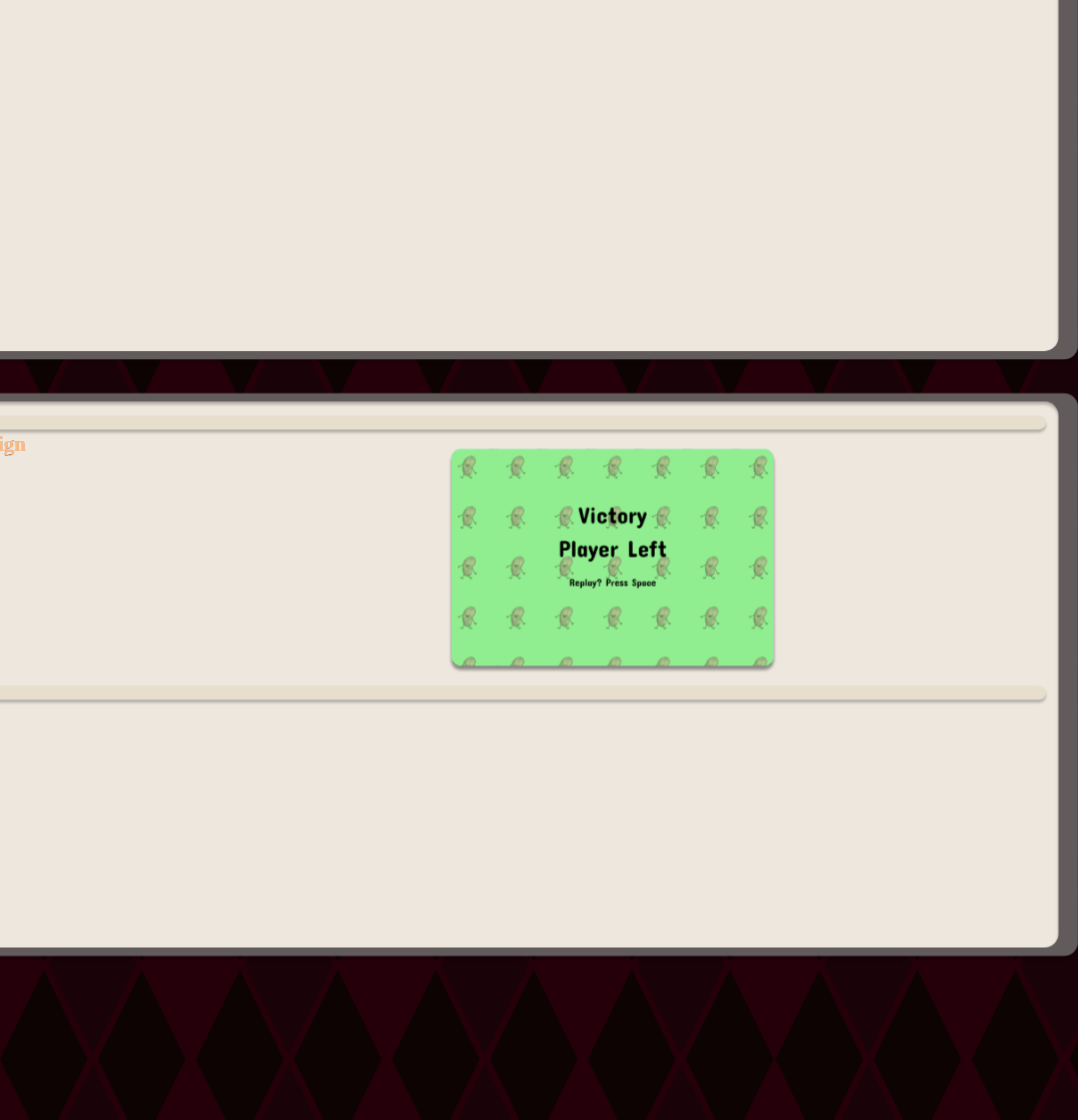
Repository: EMP-ChristinaC/Portfolio
Page: projects/potato-shuffle/potato.html
These files come from the project's save history. The page is drawn as it stood at one moment and after a run of saves; the edit follows.
The browser window is 1280 px wide. The page is 1540 px wide, so the pictures cover 1540 px, including what lies to the right of the window. The pictures show the part of the page from y = 1285 to 2885 px (the page is 6194 px tall), at 70% of full size.
Some web fonts or font styles are not loaded; a fallback is used.

Above is the page before, as saved 2024-12-08 19:56:47.

### projects/potato-shuffle/potato.html
<!DOCTYPE html>
<html lang="en">

<head>
    <meta charset="UTF-8">
    <meta name="viewport" content="width=device-width, initial-scale=1.0">
    <title>CC- Project Potato Shuffle</title>
    <!--- ////////////////// OUTSIDE STYLES //////////////////-->


    <!--- ///////////////// GOOGLE FONTS  ////////////////////-->
    <link rel="preconnect" href="https://fonts.googleapis.com">
    <link rel="preconnect" href="https://fonts.gstatic.com" crossorigin>
    <link
        href="https://fonts.googleapis.com/css2?family=Overlock:ital,wght@0,400;0,700;0,900;1,400;1,700;1,900&family=Vast+Shadow&display=swap"
        rel="stylesheet">

    <!--- /////////////// MY STYLES ////////////////-->

    <link rel="stylesheet" href="potato.css">
    <link rel="stylesheet" href="../../nav.css">
    <link rel="stylesheet" href="media-style-phone-potato.css">
    <link rel="stylesheet" href="../../media-style-two.css">
    <link rel="stylesheet" href="media-style-mac-potato.css">

    <!--- //////////////// FAVICON LINKS ///////////////////-->
    <link rel="shortcut icon" href="../../image/logo.png" type="image/x-icon">
    <link rel="icon" href="../../image/logo.png" type="image/x-icon">

</head>

<body class="home-potato">

    <!--- /////////////////////// NAVIGATION /////////////////////-->
    <header class="navigation">
        <img class="nav-background" src="../../image/nav-background.png"
            alt="A decor for the nav, it holds a logo with diamond patterns in the background.">


        <a href="../../index.html " class="nav-home">Stage</a>
        <a href="../../about-page/about.html" class="nav-about">Director</a>
        <a href="../../contact-page/contact.html" class="nav-contact">Contact</a>
        <a href="../../main-project-page/projects.html" class="nav-projects current">Projects</a>
    </header>


    <!--- /////////////////////// ARROW BUTTON /////////////////////-->
    <a href="../../projects/sniffle/sniffle.html"><img src="../../image/left-arrow.png" class="side-button-left" alt="A."></a>


    <a href="../../projects/smash-n-dash/smash.html"><img src="../../image/right-arrow.png" class="side-button-right" alt="A."></a>



    <!--- /////////////////////// BOX OUTLINE ///////////////////////-->
    <div class="box-outline-outside-potato-overview">
        <div class="box-outline-inside-potato-overview"></div>

        <!-- <div class="dia-left-potato">
            <img src="../../image/Dia-bottom-left.png"
                alt="A diamond pattern decor that is placed onto the bottom left of the box outline">
        </div>

        <div class="dia-right-potato">
            <img src="../../image/Dia-top-right.png"
                alt="A diamond pattern decor that is placed onto the bottom left of the box outline">
        </div> -->


    <div class="box-outline-paragraph-potato">
        <div class="details-potato">
            <h2>About:</h2>
            <p>
                A digital coding game inspired by Hot Potato and WarioWare. It takes elements from both games and with
                the help of Makey-Makey, it creates a fun interactive game.
                <!-- <br><br>
                Here are some images of the game. -->
            </p>
        </div>
    </div>


    <div class="box-outline-type-potato">
        <div class="type-potato">
            <p> Project Type:
                <br>
                Interactive Game
                <br><br>
                Date:
                <br>
                December 2023
                <br><br>
                Link:
                <br>
                <a href="https://emp-christinac.github.io/Potato-Shuffle/index.html">Github</a>
                <br><br>
                Role:
                <br>
                Lead Coder
            </p>
        </div>

<!-- <div class="type-two">
    <p>
        Link:
        <br>
        <a href="https://emp-christinac.github.io/Potato-Shuffle/index.html">Github</a>
        <br><br>
        Role:
        <br>
        Lead Coder
    </p>
</div> -->


        <!-- <div class="type-potato-phone">
            <p> Project Type:
                <br>
                Digital Game
                <br><br>
                Date:
                <br>
                December 2023
            </p>
        </div> -->

        <!-- <div class="type-potato-phone-two">
            <p>
                Link:
                <br>
                <a href="https://empxnifl.github.io/Potato-Shuffle/index.html">Github</a>
                <br><br>
                Role:
                <br>
                Lead Coder
            </p>
        </div> -->
    </div>

    <div class="box-outline-credit">
        <div class="credit">
            <p>Credit to:
                <br>
                Roman Lopez [Lead Designer]
                <br>
                Dominic Perron [Lead Interaction]
            </p>
        </div>

        <div class="mc-overview">
            <img src="../../image/Main-Screen.png" alt="A overview of the project Potato Shuffle.">
        </div>

    </div>




    <div class="box-outline-heading-potato">
        <div class="potato-title">
            <h1>Potato Shuffle</h1>
        </div>
    </div>
</div>
    <!--- ////////////////////////-->
    <div class="box-outline-outside-potato-play">
        <div class="box-outline-inside-potato-play"></div>

        <div>
            <div class="play">
                <p>
                </p>
            </div>

    </div>


    <!--- ////////////////////////-->

    <div class="box-outline-outside-potato-progress">
        <div class="box-outline-inside-potato-progress"></div>

        <!-- <div class="dia-left-two-potato">
            <img src="../../image/Dia-bottom-left.png"
                alt="A diamond pattern decor that is placed onto the bottom left of the box outline">
        </div>

        <div class="dia-right-two-potato">
            <img src="../../image/Dia-top-right.png"
                alt="A diamond pattern decor that is placed onto the bottom left of the box outline">
        </div> -->

        <div class="box-outline-heading-two-potato">
            <div class="heading-two">
                <h1>Menu Design</h1>
            </div>
        </div>
        <div class="box-outline-heading-three-potato">
            <div class="heading-three">
                <h1>Sprites</h1>
            </div>
        </div>

        <div class="potato-menu-one">
            <img src="../../image/Home.png" alt="The home screen of the project.">
        </div>


        <div class="potato-menu-two">
            <img src="../../image/Victory.png" alt="The victory screen of the project.">
        </div>

        <!--- ////////////////////////-->

        <div class="potato-sprites">
            <img src="../../image/potato_sway.gif" alt="A potato gif that shows the potato swaying left and right.">
        </div>


        <div class="potato-sprites-two">
            <img src="../../image/Fail.gif" alt="A explosion gif that says boom.">
        </div>

        <div class="potato-sprites-three">
            <img src="../../image/potato_flip.gif" alt="A potato gif that shows the potato fliping.">
        </div>



    </div>


    <!--- ////////////////////////-->

    <div class="box-outline-outside-potato">
        <div class="box-outline-inside-potato"></div>
        <!-- <div class="dia-left-three-potato">
            <img src="../../image/Dia-bottom-left.png"
                alt="A diamond pattern decor that is placed onto the bottom left of the box outline">
        </div>

        <div class="dia-right-three-potato">
            <img src="../../image/Dia-top-right.png"
                alt="A diamond pattern decor that is placed onto the bottom left of the box outline">
        </div> -->


        <div class="box-outline-heading-four-potato">
            <div class="heading-four-potato">
                <h1>Mini-Game Design</h1>
            </div>

            <div class="potato-event-one">
                <img src="../../image/Event-1.png" alt="One of five mini-game from the project. It shows a character running.">
            </div>

            <div class="potato-event-two">
                <img src="../../image/Event-2.png"
                    alt="One of five mini-game from the project. It shows a character shooting at a muffen.">
            </div>


            <div class="potato-event-three">
                <img src="../../image/Event-3.png"
                    alt="One of five mini-game from the project. It shows a potato dropping into a basket.">
            </div>

            <div class="potato-event-four">
                <img src="../../image/Event-4.png"
                    alt="One of five mini-game from the project. It shows a character digging up a potato.">
            </div>


            <div class="potato-event-five">
                <img src="../../image/Event-5.png" alt="One of five mini-game from the project. It shows a potato being peeled.">
            </div>

        </div>

    </div>

    <!--- ////////////////////////-->

    <div class="box-outline-outside-foot">
        <div class="box-outline-inside-foot"></div>

            <footer class="section">
                <p>© 2024 by Christina Chan. Powered and secured by Github</p>

                <div>
                    <a class="github" href="https://github.com/EMP-ChristinaC"> <img src="../../image/Github-icon.png"
                            alt="Github icon image."></a>

                    <a class="twitter" href="https://x.com/EMP_Nifl"> <img src="../../image/Twitter-Icon.png"
                            alt="Twitter icon image."></a>

                    <a class="discord" href="https://discordapp.com/users/456539039286165514"> <img src="../../image/discord-icon.webp"
                            alt="Discord icon image."></a>

                    <a class="linkedin" href="https://www.linkedin.com/in/christina-chan-290a29323/"> <img src="../../image/Linkedin-icon.webp"
                            alt="Linkedin icon image."></a>
                </div>

            </footer>
    </div>
    <!--- /////////////////////// DECOR  ///////////////////////-->


    <!-- <div class="left-curtain">
        <img src="../../image/curtains-left.png" alt="A curtain decor that is placed on the left side of the website.">
    </div>

    <div class="right-curtain">
        <img src="../../image/curtain-right.png" alt="A curtain decor that is placed on the right side of the website.">
    </div> -->

    <!--- /////////////////////// TEXT ///////////////////////-->


    <!--- /////////////////////// IMAGES ///////////////////////-->


    <!--- ////////////////////////-->




    <!--- ////////////////////////-->



</body>

</html>

### projects/potato-shuffle/potato.css

/*///////////////////////////////// Box Outline ////////////////////////////*/
.box-outline-outside-potato-overview,
.box-outline-outside-potato-progress,
.box-outline-outside-potato-play {
    width: 1800px;
    height: 804px;
    background: rgba(98, 91, 92);
    box-shadow: 0px 4px 4px rgba(0, 0, 0, 0.25);
    border-radius: 20px;
}

.box-outline-outside-potato-overview {
    position: absolute;
    top: 50%;
    left: 50%;
    transform: translate(-50%, -27%);
}

.box-outline-outside-potato-play {
    position: absolute;
    top: 50%;
    left: 50%;
    transform: translate(-50%, 79%);
}

.box-outline-outside-potato-progress {
    position: absolute;
    top: 50%;
    left: 50%;
    transform: translate(-50%, 56%);
}

/*//////////////////////////////////*/


.box-outline-outside-potato {
    width: 1800px;
    height: 990px;
    background: rgba(98, 91, 92);
    box-shadow: 0px 4px 4px rgba(0, 0, 0, 0.25);
    border-radius: 20px;
}

.box-outline-outside-potato {
    position: absolute;
    top: 50%;
    left: 50%;
    transform: translate(-50%, 2340px);
}



/*//////////////////////////////////////////////////////////////////////////////*/

.box-outline-inside-potato-overview,
.box-outline-inside-potato-progress,
.box-outline-inside-potato-play {
    width: 1745px;
    height: 780px;
    background: #EDE7DD;
    box-shadow: 0px 4px 4px rgba(0, 0, 0, 0.25) inset;
    border-radius: 20px;
}

.box-outline-inside-potato-play {
    position: absolute;
    top: 1.5%;
    left: 1.5%;
}

.box-outline-inside-potato-overview {
    position: absolute;
    top: 1.5%;
    left: 1.5%;
    /* transform: translate(-50%, -26.3%); */
}


.box-outline-inside-potato-progress {
    position: absolute;
    top: 1.5%;
    left: 1.5%;
    /* transform: translate(-50%, 84%); */
}


.box-outline-inside-potato {
    width: 1745px;
    height: 960px;
    background: #EDE7DD;
    box-shadow: 0px 4px 4px rgba(0, 0, 0, 0.25) inset;
    border-radius: 20px;
}

.box-outline-inside-potato {
    position: absolute;
    top: 1.5%;
    left: 1.5%;
    /* transform: translate(-50%, 1506px); */
}



/*///////////////////////////HEADING BOX////////////////////////////*/



.box-outline-heading-potato {
    width: 1700px;
    height: 20px;
    background: #E7DECD;
    box-shadow: 0px 4px 4px rgba(0, 0, 0, 0.25);
    border-radius: 20px;
    z-index: 1;
}

.box-outline-heading-potato {
    position: absolute;
    top: 28%;
    left: 50%;
    transform: translate(-50%, -920%);
}



.box-outline-heading-two-potato,
.box-outline-heading-three-potato,
.box-outline-heading-four-potato {
    width: 1700px;
    height: 20px;
    background: #E7DECD;
    box-shadow: 0px 4px 4px rgba(0, 0, 0, 0.25);
    border-radius: 20px;
    z-index: 1;
    position: absolute;

}

.box-outline-heading-two-potato {
    /* transform: translate(-50%, 1270%); */
    top: 4%;
    left: 3%;
}

.box-outline-heading-three-potato {
    /* transform: translate(-50%, 1900%); */
    top: 52%;
    left: 3%;
}

.box-outline-heading-four-potato {
    /* transform: translate(-50%, 2800%); */

}

.box-outline-heading-five-potato {
    /* transform: translate(-50%, 3450%); */

}

/*/////////////////////////////////////*/

.box-outline-paragraph-potato,
.box-outline-type-potato,
.box-outline-credit {
    /* background: #E7DECD;
    box-shadow: 0px 4px 4px rgba(0, 0, 0, 0.25);
    border-radius: 20px; */
    position: absolute;
    top: 50%;
    left: 30%;
}


.box-outline-paragraph-potato {
    width: 375px;
    height: 330px;
    transform: translate(-116%, -10%);
    z-index: 1;
}


.box-outline-type-potato {
    width: 375px;
    height: 200px;
    transform: translate(-116%, 90%);
    z-index: 1;
}

.box-outline-credit {
    width: 375px;
    height: 60px;
    transform: translate(-30%, 350%);
    z-index: 1;
}



/*/////////////////////////////////////*/

.box-outline-outside-foot {
    width: 100%;
    height: 200px;
    background: rgba(98, 91, 92);
    box-shadow: 0px 4px 4px rgba(0, 0, 0, 0.25);
    border-radius: 20px 20px 0 0;
    position: absolute;
    top: 50%;
    left: 50%;
    transform: translate(-50%, 1690%);
}

/*/////////////////////////////////////*/

.box-outline-inside-foot {
    width: 99%;
    height: 185px;
    position: absolute;
    background: #EDE7DD;
    box-shadow: 0px 4px 4px rgba(0, 0, 0, 0.25) inset;
    border-radius: 20px 20px 0 0;
    position: absolute;
    /* transform: translate(-50%, 1359%); */
    top: 8%;
    left: 0.5%;
}



/*///////////////////////////////// Decor ////////////////////////////*/

.dia-left-potato img {
    position: absolute;
    top: 27%;
    left: 50%;
    transform: translate(-384%, 205%);
}

.dia-right-potato img {
    position: absolute;
    top: 27%;
    right: 50%;
    transform: translate(385%, -107%);
}

/*//////////////////////////////////////////////////////////////////////*/

.dia-left-two-potato img {
    position: absolute;
    top: -80%;
    left: 50%;
    transform: translate(-384%, 656%);
}

.dia-right-two-potato img {
    position: absolute;
    top: -80%;
    right: 50%;
    transform: translate(385%, 344%);
}

/*/////////////////////////////////////*/

.dia-left-three-potato img {
    position: absolute;
    top: -186%;
    left: 50%;
    transform: translate(-384%, 1378%);
}

.dia-right-three-potato img {
    position: absolute;
    top: -186%;
    right: 50%;
    transform: translate(385%, 972%);
}

/*/////////////////////////////////////*/

.left-curtain {
    position: fixed;
    top: 0%;
    left: 11%;
    transform: translate(-100%);
}

.right-curtain {
    position: fixed;
    top: 0%;
    right: 11%;
    transform: translate(100%);
}

/*///////////////////////////////// Heading Text ////////////////////////////*/

.potato-title {
    width: 827px;
    text-align: center;
    color: #FABA84;
    font-size: 25px;
    font-family: Vast Shadow;
    font-weight: 400;
    -webkit-text-stroke: 0.1px #4C0B13;
    z-index: 1;
}

.potato-title {
    position: absolute;
    top: -20%;
    left: -9%;
    /* transform: translate(-50%, -320%); */
}


.heading-two,
.heading-three,
.heading-four-potato {
    width: 827px;
    text-align: center;
    color: #FABA84;
    font-family: Vast Shadow;
    font-weight: 400;
    -webkit-text-stroke: 0.1px #4C0B13;
    z-index: 1;
    position: absolute;
    top: 20%;
    left: -15%;
    font-size: 15px;
}



/*///////////////////////////////// Paragraph Text ////////////////////////////*/

.details-potato p,
.details-potato h2,
.type-potato p,
.type-two p,
.credit p {
    color: #1E1E1E;
    font-family: Overlock;
    font-weight: 900;

}
.details-potato h2 {
    width: 600px;
    font-size: 35px;
    line-height: 32px;
    letter-spacing: 2px;
    position: absolute;
    top: -70%;
    left: 5%;
    z-index: 1;
}

.details-potato p {
    width: 600px;
    font-size: 25px;
    line-height: 32px;
    letter-spacing: 2px;
    position: absolute;
    top: -55%;
    left: 5%;
    z-index: 1;
    /* transform: translate(-90%, -28%); */

}

.type-potato p {
    width: 440px;
    font-size: 25px;
    line-height: 28px;
    letter-spacing: 2px;
    position: absolute;
    top: -100%;
    left: 5%;
    /* transform: translate(-95%, 105%); */
    z-index: 1;

}

.type-two p {
    width: 440px;
    font-size: 25px;
    line-height: 28px;
    letter-spacing: 2px;
    position: absolute;
    top: 0%;
    left: 64%;
    /* transform: translate(-42%, 420%); */
    z-index: 1;
}

.credit p {
    width: 440px;
    font-size: 25px;
    line-height: 32px;
    letter-spacing: 2px;
    position: absolute;
    top: -385%;
    left: 5%;
    /* transform: translate(-42%, 420%); */
    z-index: 1;
}





/*/////////////////////////////////////*/

footer.section {
    text-align: center;
    color: black;
    font-size: 14px;
    font-family: Overlock;
    font-weight: 400;

    width: 500px;
    position: absolute;
    top: 50%;
    left: 50%;
    transform: translate(-53%, 80%);

}

footer.section p {
    width: 100%;
    height: 100%;
    transform: translate(1%, 35%);
}


/*///////////////////////////////// Images ////////////////////////////*/


.mc-overview {
    width: 775px;
    height: 675px;
    position: absolute;
    top: -750%;
    left: 155%;
    overflow: hidden;
    box-shadow: 0px 4px 4px rgba(0, 0, 0, 0.25);
    border-radius: 30px;
    transform: translate(-8%, -11%);
    }



.mc-overview img {
    width: 100%;
    height: 105%;
    object-fit: cover;
    transform: translate(-0%, 0%);

    transition: all 0.3s ease-in-out;
}


.potato {
    width: 258px;
    height: 547px;
    box-shadow: 0px 4px 4px rgba(0, 0, 0, 0.25);
    border-radius: 20px;
    background-position: center;

    position: absolute;
    top: 50%;
    left: 50%;
    transform: translate(70%, 302%);
}

.potato-projects {
    width: 258px;
    height: 547px;
    box-shadow: 0px 4px 4px rgba(0, 0, 0, 0.25);
    border-radius: 20px;
    background-position: center;

    position: absolute;
    top: 50%;
    left: 50%;
    transform: translate(70%, -5%);
}

.potato-menu-one img {
    width: 470px;
    height: 320px;
    position: absolute;
    top: 10%;
    left: 50%;
    /* transform: translate(-110%, 310%); */
}

.potato-menu-two img {
    width: 470px;
    height: 320px;
    position: absolute;
    top: 10%;
    left: 50%;
    /* transform: translate(10%, 310%); */
}


.potato-sprites img {
    width: 300px;
    height: 300px;
    position: absolute;
    top: 50%;
    left: 50%;
    transform: translate(-150%, 370%);
}

.potato-sprites-two img {
    width: 300px;
    height: 300px;
    position: absolute;
    top: 50%;
    left: 50%;
    transform: translate(-50%, 370%);
}

.potato-sprites-three img {
    width: 300px;
    height: 300px;
    position: absolute;
    top: 50%;
    left: 50%;
    transform: translate(50%, 370%);
}

.potato-event-one img {
    width: 409px;
    height: 266px;
    position: absolute;
    top: 50%;
    left: 50%;
    transform: translate(-105%, 610%);
}

.potato-event-two img {
    width: 409px;
    height: 266px;
    position: absolute;
    top: 50%;
    left: 50%;
    transform: translate(4%, 610%);
}

.potato-event-three img {
    width: 409px;
    height: 266px;
    position: absolute;
    top: 50%;
    left: 50%;
    transform: translate(-105%, 715%);
}

.potato-event-four img {
    width: 409px;
    height: 266px;
    position: absolute;
    top: 50%;
    left: 50%;
    transform: translate(4%, 715%);
}

.potato-event-five img {
    width: 409px;
    height: 266px;
    position: absolute;
    top: 50%;
    left: 50%;
    transform: translate(-105%, 820%);
}

/*/////////////////////////////////////*/
.github {
    width: 45px;
    height: 45px;
    position: absolute;
    top: 50%;
    left: 50%;
    overflow: hidden;
    box-shadow: 0px 4px 4px rgba(0, 0, 0, 0.25);
    border-radius: 30px;
    transform: translate(-250%, -180%);
}

.github img {
    width: 100%;
    height: 100%;
    object-fit: cover;
    transition: all 0.3s ease-in-out;
    transform: translate(0%, 0%);
}

.twitter {
    width: 45px;
    height: 45px;
    position: absolute;
    top: 50%;
    left: 50%;
    overflow: hidden;
    box-shadow: 0px 4px 4px rgba(0, 0, 0, 0.25);
    border-radius: 30px;
    transform: translate(-100%, -180%);
}

.twitter img {
    width: 100%;
    height: 100%;
    object-fit: cover;
    transition: all 0.3s ease-in-out;
    transform: translate(-0%, -0%);
}


.discord {
    width: 45px;
    height: 45px;
    position: absolute;
    top: 50%;
    left: 50%;
    overflow: hidden;
    box-shadow: 0px 4px 4px rgba(0, 0, 0, 0.25);
    border-radius: 30px;
    transform: translate(50%, -180%);
}

.discord img {
    width: 100%;
    height: 100%;
    object-fit: cover;
    transition: all 0.3s ease-in-out;
    transform: translate(-0%, -0%);
}


.linkedin {
    width: 45px;
    height: 45px;
    position: absolute;
    top: 50%;
    left: 50%;
    overflow: hidden;
    box-shadow: 0px 4px 4px rgba(0, 0, 0, 0.25);
    border-radius: 30px;
    transform: translate(200%, -180%);
}

.linkedin img {
    width: 100%;
    height: 100%;
    object-fit: cover;
    transition: all 0.3s ease-in-out;
    transform: translate(-0%, -0%);
}

Loaded but not shown: projects/potato-shuffle/media-style-phone-potato.css (424 lines, source omitted); nav.css (208 lines, source omitted); projects/potato-shuffle/media-style-mac-potato.css (93 lines, source omitted); media-style-two.css (11 lines, source omitted)

After the next 2 saves:
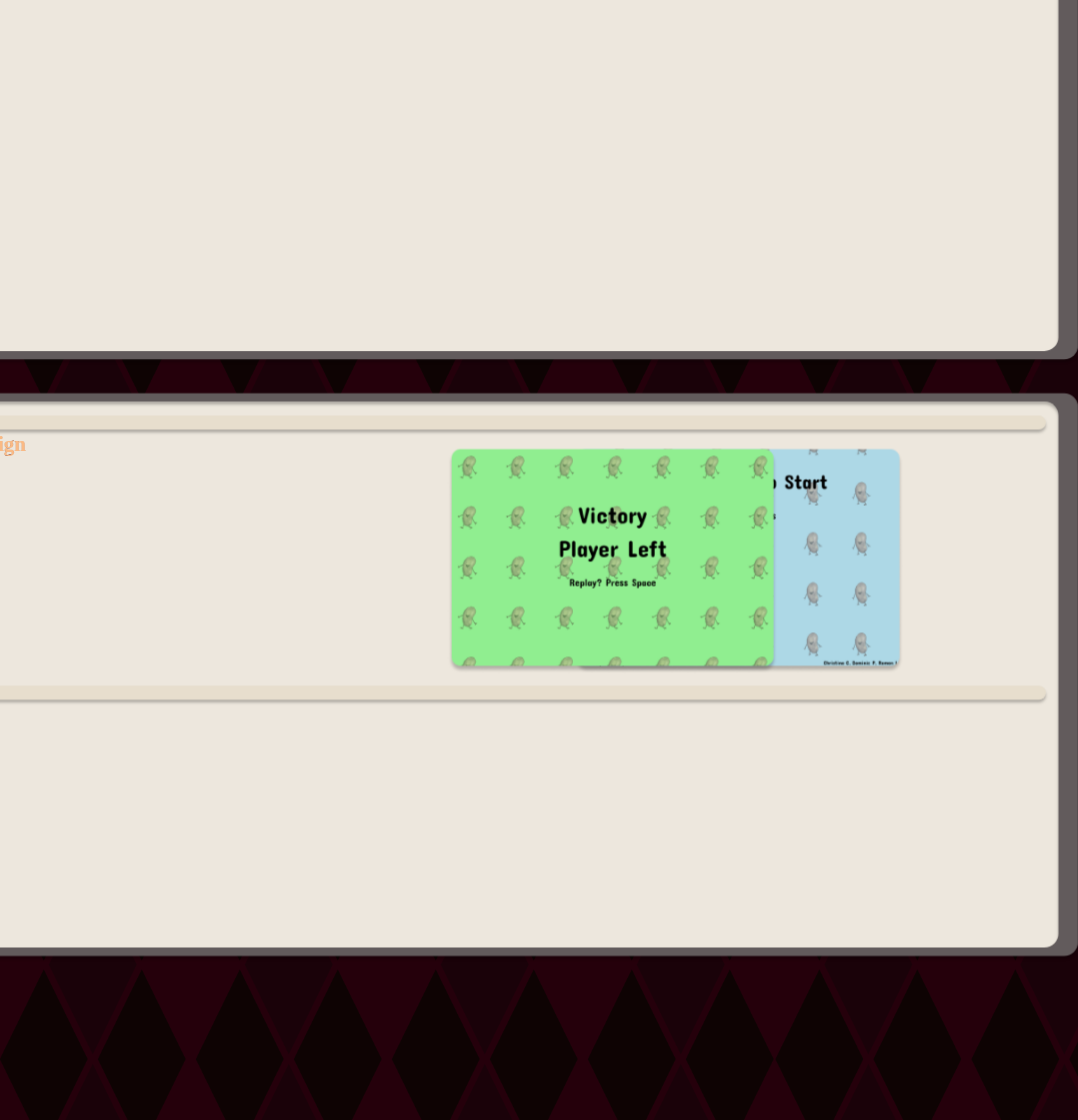
The 2 saves are shown as one change because they came seconds apart.
The last was saved 7 s later.
--- a/projects/potato-shuffle/potato.css
+++ b/projects/potato-shuffle/potato.css
@@ -490,7 +490,7 @@ footer.section p {
     height: 320px;
     position: absolute;
     top: 10%;
-    left: 50%;
+    left: 60%;
     /* transform: translate(-110%, 310%); */
 }
 
